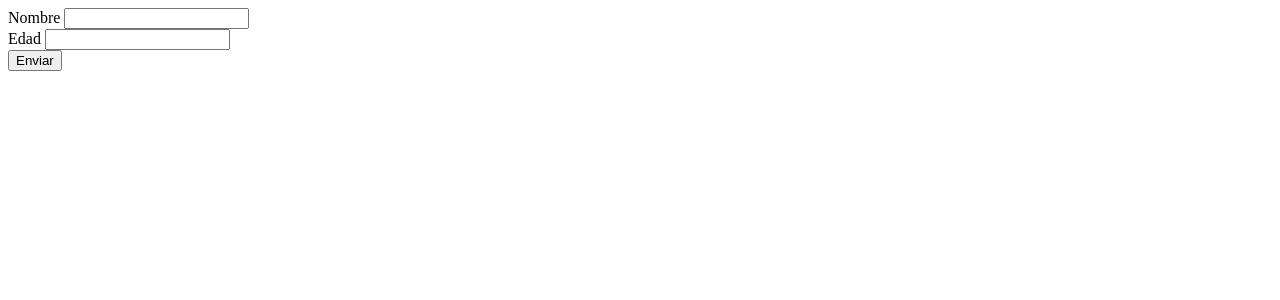
Repository: scgil/master-java
Page: Semana2/01-BuscadorTematica/src/main/webapp/buscador.html
An editor plug-in stored every save of this project. The page is shown before and after the next save, followed by the edit.
The browser window is 1280 px wide. The pictures show the whole page.

Above is the page before, as saved 2024-12-13 11:47:22.

After the next save:
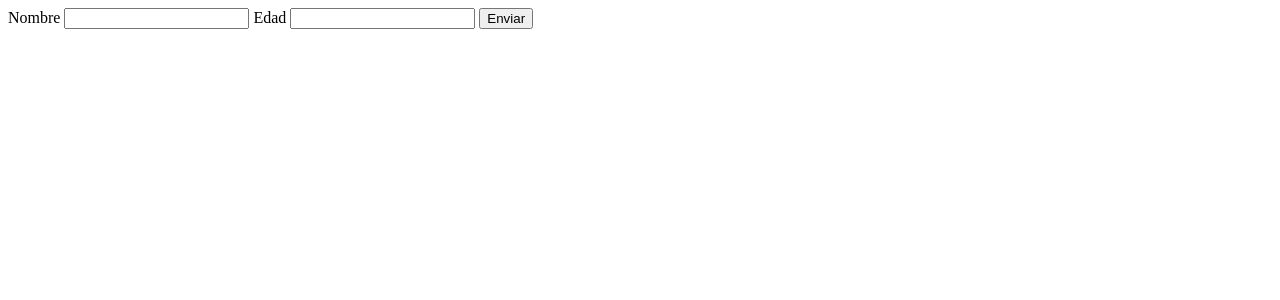
Saved 96 s later.
--- a/Semana2/01-BuscadorTematica/src/main/webapp/buscador.html
+++ b/Semana2/01-BuscadorTematica/src/main/webapp/buscador.html
@@ -7,9 +7,9 @@
 <body>
     <form action="ServletFormulario1" method="post">
     	<label for="nombre">Nombre</label>
-    		<input type="text" name="nombre"><br>
+    		<input type="text" name="nombre">
     	<label for="edad">Edad</label>
-    		<input type="number" name="edad"><br>
+    		<input type="number" name="edad">
 		<button  type="submit" id="enviar">Enviar</button>
     </form>
 
